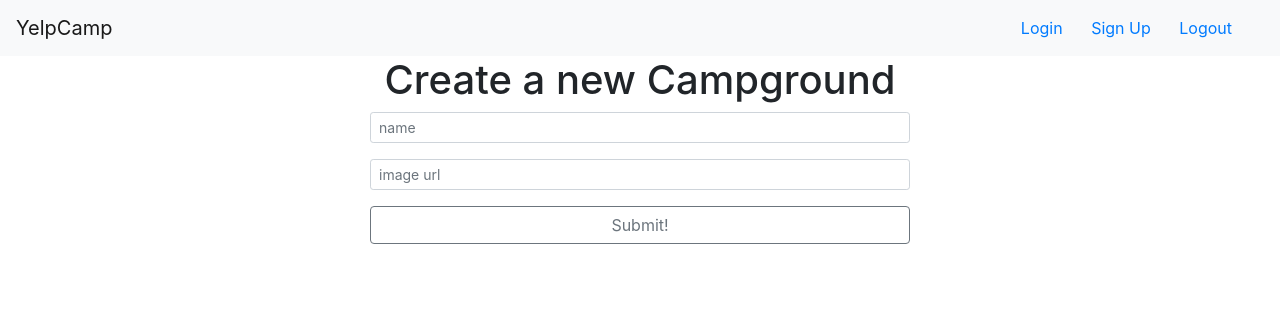
Repository: manojsatya/YelpCamp
Page: http://localhost/campgrounds/new
An editor plug-in stored every save of this project. The page is shown before and after the next save, followed by the edit.
The browser window is 1280 px wide. The pictures show the whole page.
The page is served by the project's Node server (app.js).

Above is the page before, as saved 2019-06-14 18:18:04.
Console error: TypeError: Cannot read properties of undefined (reading 'fn')

After the next save:
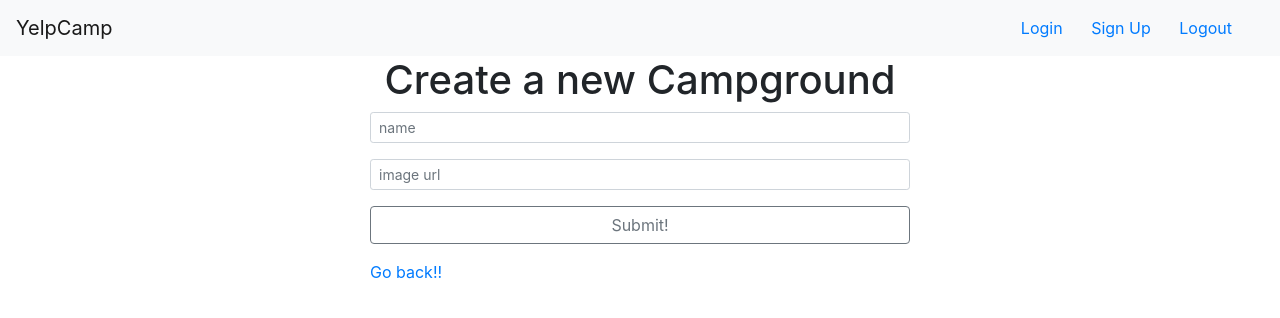
Saved 50 s later.
--- a/views/new.ejs
+++ b/views/new.ejs
@@ -16,6 +16,7 @@
                     <button class="btn btn-outline-secondary btn-block"> Submit!</button>
                 </div>
             </form>
+            <a href="/campgrounds"> Go back!!</a>
         </div>
     </div>
 </div>
